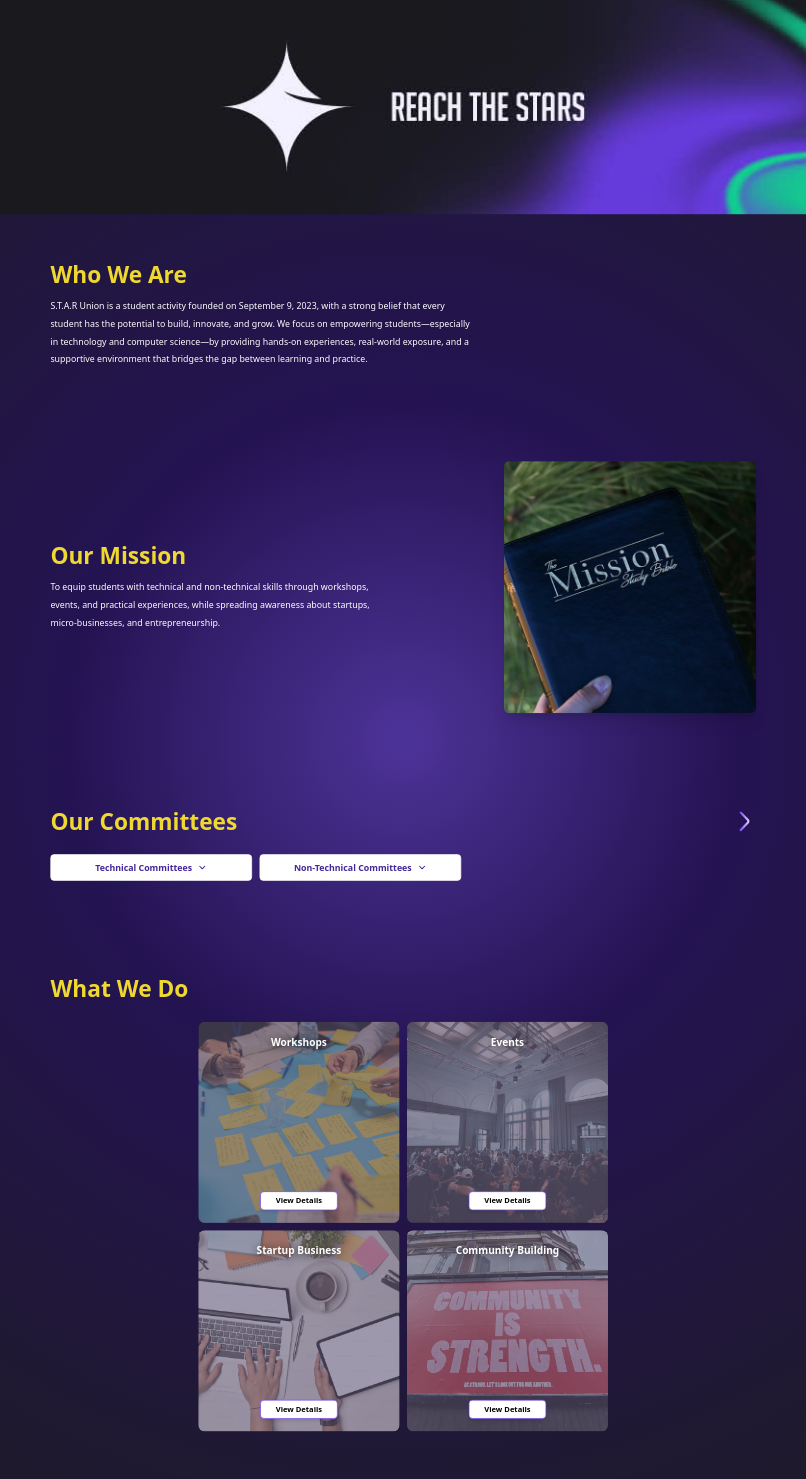
Repository: Frontend-Committee/StarUnion-Website
Page: /about
These files come from the project's save history. The page is drawn as it stood at one moment and after the next save; the edit follows.
The browser window is 1280 px wide. The pictures show the whole page, at 63% of full size.
The project was rebuilt for these pictures with package versions that can differ from the ones it lists, and the page was loaded fresh each time. Also part of the build but not shown: vite.config.js, src/components/common/Navbar.jsx, src/components/common/Footer.jsx, src/features/home/pages/HomePage.jsx.

Above is the page before, as saved 2026-02-25 15:05:37.

After the next save:
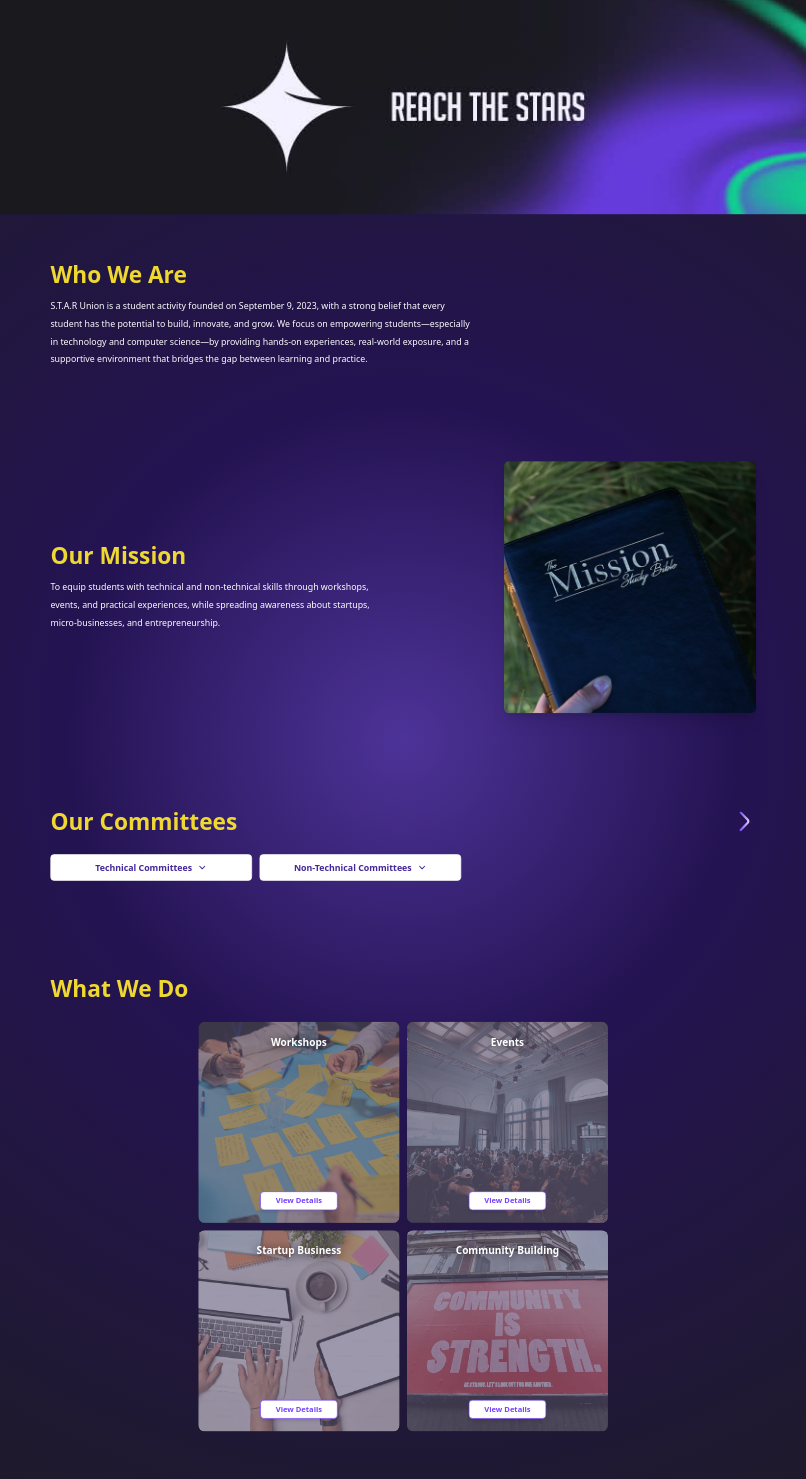
Saved 4 s later.
--- a/src/features/about/pages/AboutUsPage.jsx
+++ b/src/features/about/pages/AboutUsPage.jsx
@@ -105,7 +105,7 @@
         <motion.button
           whileHover={{ scale: 1.07 }}
           whileTap={{ scale: 0.95 }}
-          className="px-6 py-1.5 text-xs font-semibold text-[] bg-white border border-primary  rounded-md hover:bg-white/90 transition-colors duration-200 shadow-md"
+          className="px-6 py-1.5 text-xs font-semibold text-primary bg-white border border-primary  rounded-md hover:bg-white/90 transition-colors duration-200 shadow-md"
         >
           View Details
         </motion.button>

After the 3 saves that followed:
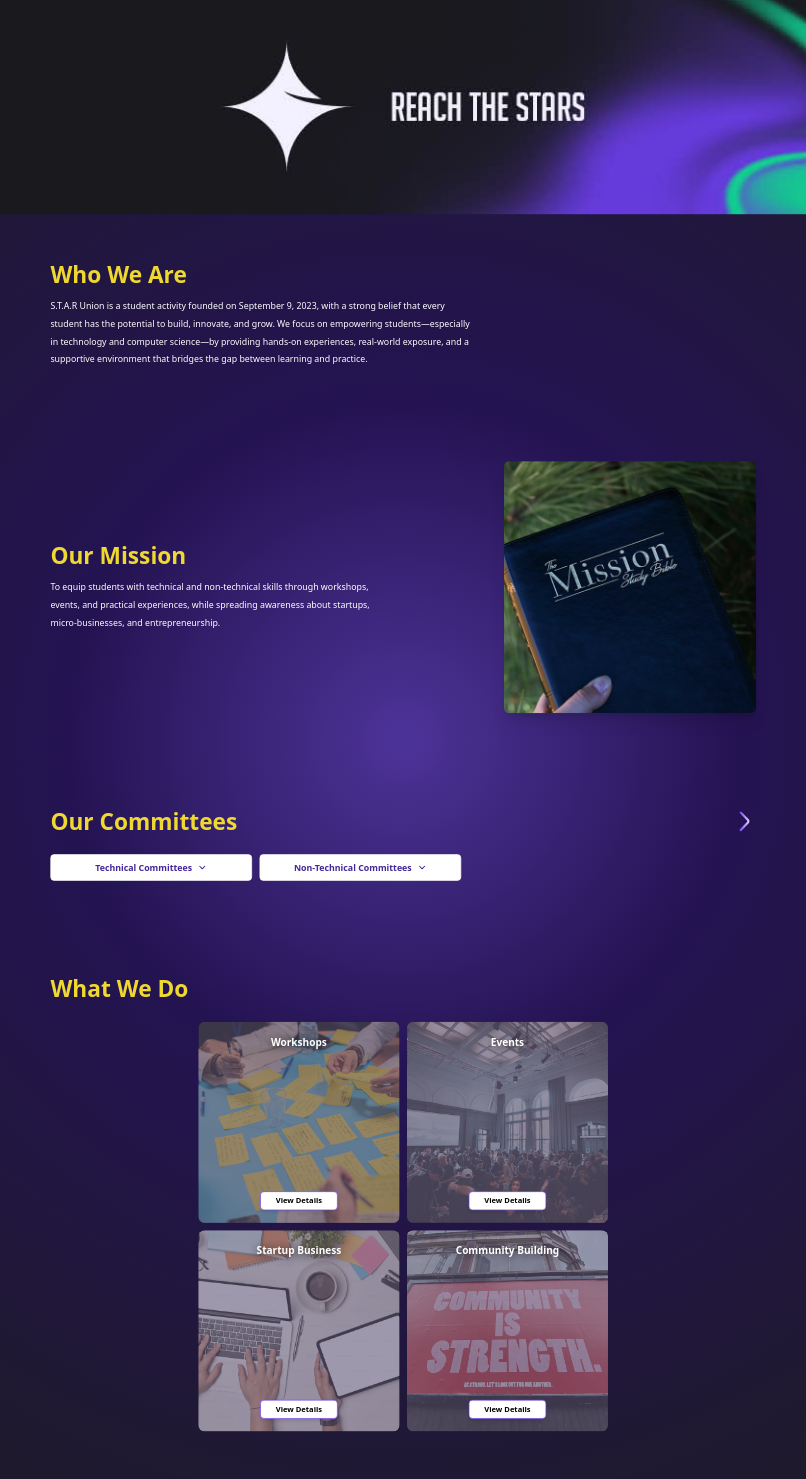
The 3 saves are shown as one change because they came seconds apart.
The last was saved 15 s later.
--- a/src/features/about/pages/AboutUsPage.jsx
+++ b/src/features/about/pages/AboutUsPage.jsx
@@ -105,7 +105,7 @@
         <motion.button
           whileHover={{ scale: 1.07 }}
           whileTap={{ scale: 0.95 }}
-          className="px-6 py-1.5 text-xs font-semibold text-primary bg-white border border-primary  rounded-md hover:bg-white/90 transition-colors duration-200 shadow-md"
+          className="px-6 py-1.5 text-xs font-semibold text-[#] bg-white border border-primary  rounded-md hover:bg-white/90 transition-colors duration-200 shadow-md"
         >
           View Details
         </motion.button>
